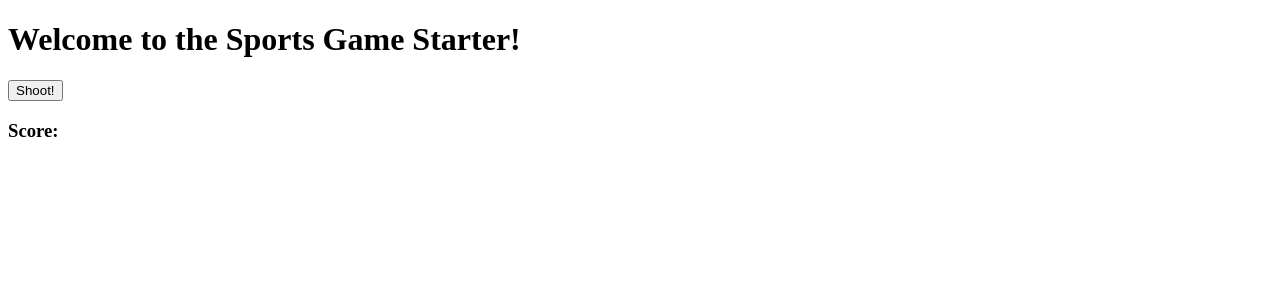
Repository: marcusmerrick/reactSportsGame
Page: index.html
These files come from the project's save history. The page is drawn as it stood at one moment and after a run of saves; the edit follows.
The browser window is 1280 px wide. The pictures show the whole page.
Some web libraries are served in a nearby version.

Above is the page before, as saved 2020-07-24 19:33:47.

After the next 2 saves:
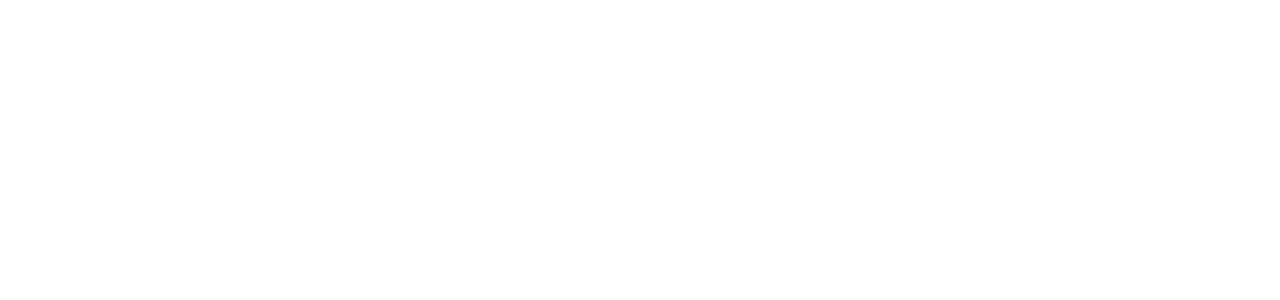
Console error (its wording comes from the project's code and is left out).
The 2 saves are shown as one change because they came seconds apart.
The last was saved 14 s later.
--- a/index.html
+++ b/index.html
@@ -36,7 +36,7 @@
                 return (
                     <div>
                         <button onClick = {this.handleShoot}>Shoot!</button>
-                        <h3> Score: </h3>
+                        <h3> Score: {this.state.count</h3>
                     </div>
 
                 )

After the save that followed:
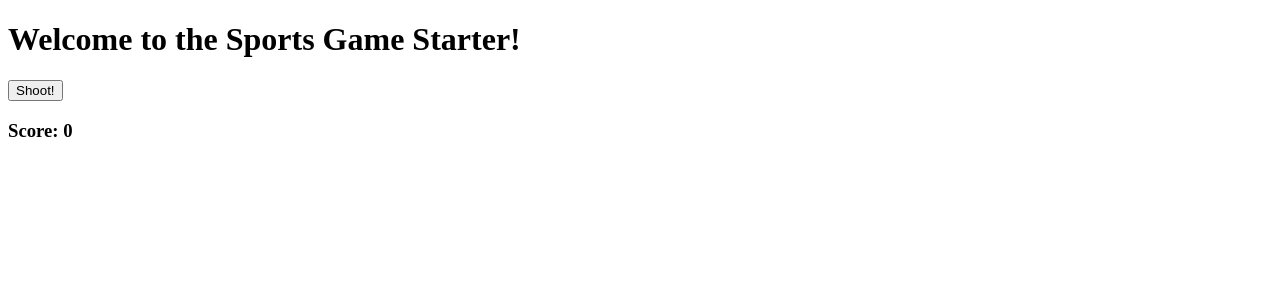
The error is gone.
Saved 6 s later.
--- a/index.html
+++ b/index.html
@@ -36,7 +36,7 @@
                 return (
                     <div>
                         <button onClick = {this.handleShoot}>Shoot!</button>
-                        <h3> Score: {this.state.count</h3>
+                        <h3> Score: {this.state.count}</h3>
                     </div>
 
                 )
